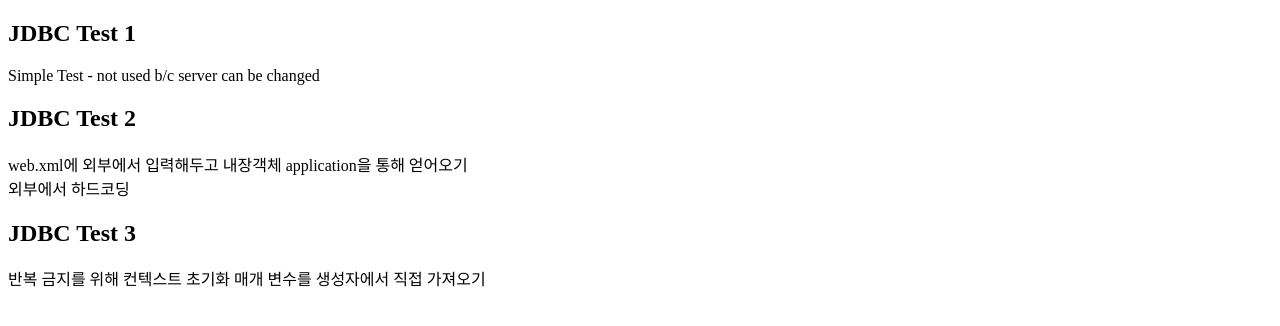
Repository: Jadedvst/Java_JSP-Servlet
Page: http://localhost/MustHaveJSP/05JDBC/ConnectionTest.jsp
These files come from the project's save history. The page is drawn as it stood at one moment and after the next save; the edit follows.
The browser window is 1280 px wide. The pictures show the whole page.
The page is served by Tomcat 10.

Above is the page before, as saved 2023-12-14 06:52:05.

After the next save:
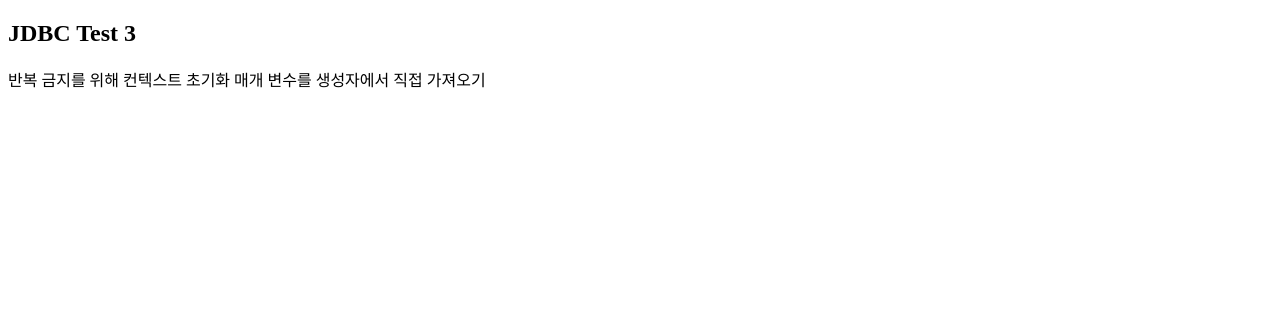
Saved 17 min 33 s later.
--- a/MustHaveJSP/src/main/webapp/05JDBC/ConnectionTest.jsp
+++ b/MustHaveJSP/src/main/webapp/05JDBC/ConnectionTest.jsp
@@ -8,7 +8,7 @@
 <title>JDBC</title>
 </head>
 <body>
-	<h2>JDBC Test 1</h2>
+	<%-- <h2>JDBC Test 1</h2>
 	Simple Test - not used b/c server can be changed
 	<%
 	JDBConnect j1 = new JDBConnect();
@@ -26,7 +26,7 @@
 
 	JDBConnect j2 = new JDBConnect(driver,url,id,pwd);
 	j2.close();
-	%>
+	%> --%>
 
 	<h2>JDBC Test 3</h2>
 	반복 금지를 위해
